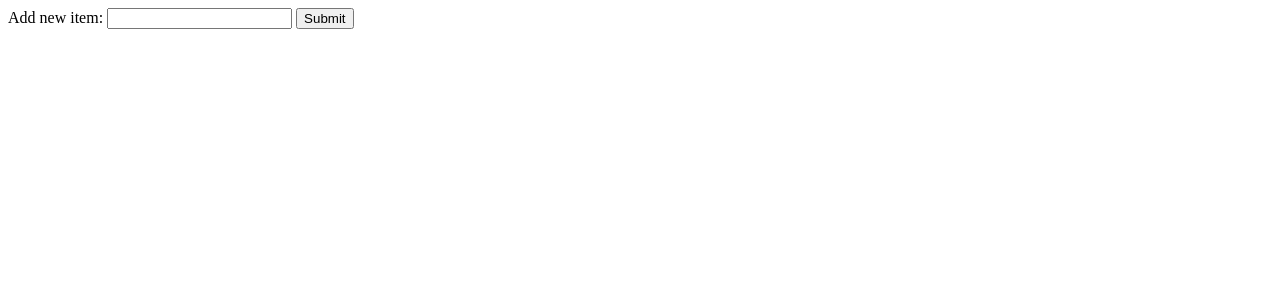
Repository: mohdsalman1994/JspServletProjects
Page: http://localhost/jspdemo/todo-demo.jsp
These files come from the project's save history. The page is drawn as it stood at one moment and after the next save; the edit follows.
The browser window is 1280 px wide. The pictures show the whole page.
The page is served by Tomcat 9. Other server files are loaded and not shown.

Above is the page before, as saved 2017-08-03 11:21:01.

### jspdemo/WebContent/todo-demo.jsp
<%@ page language="java" contentType="text/html; charset=UTF-8"
    pageEncoding="UTF-8"%>
<!DOCTYPE html PUBLIC "-//W3C//DTD HTML 4.01 Transitional//EN" "http://www.w3.org/TR/html4/loose.dtd">
<html>
<head>
<meta http-equiv="Content-Type" content="text/html; charset=UTF-8">
<title>Insert title here</title>
</head>
<body>

<!-- Step 1: Create HTML Form -->
<form action="todo-demo.jsp">

Add new item: <input type="text" name="theItem"/>

<input type="submit" value="Submit" />

</form>

<!-- Step 2: Add new item to TODO List -->

<!-- Display all items from TODO List -->


</body>
</html>

After the next save:
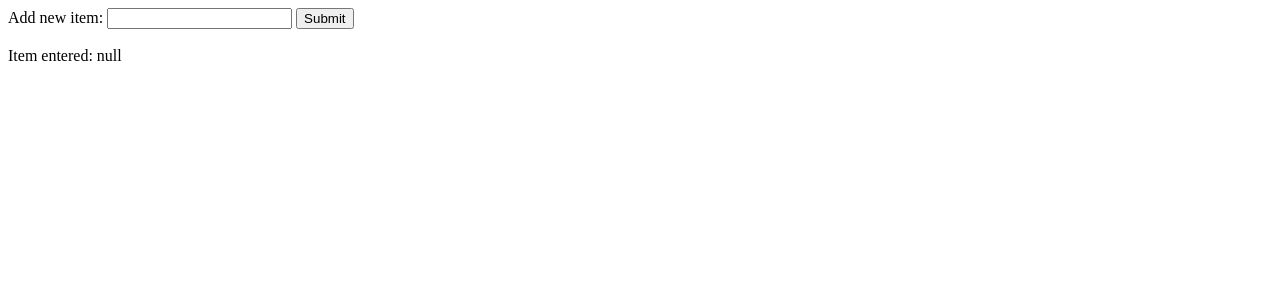
Saved 54 s later.
--- a/jspdemo/WebContent/todo-demo.jsp
+++ b/jspdemo/WebContent/todo-demo.jsp
@@ -15,6 +15,10 @@
 
 <input type="submit" value="Submit" />
 
+<br /><br />
+
+Item entered: <%= request.getParameter("theItem") %>
+
 </form>
 
 <!-- Step 2: Add new item to TODO List -->
